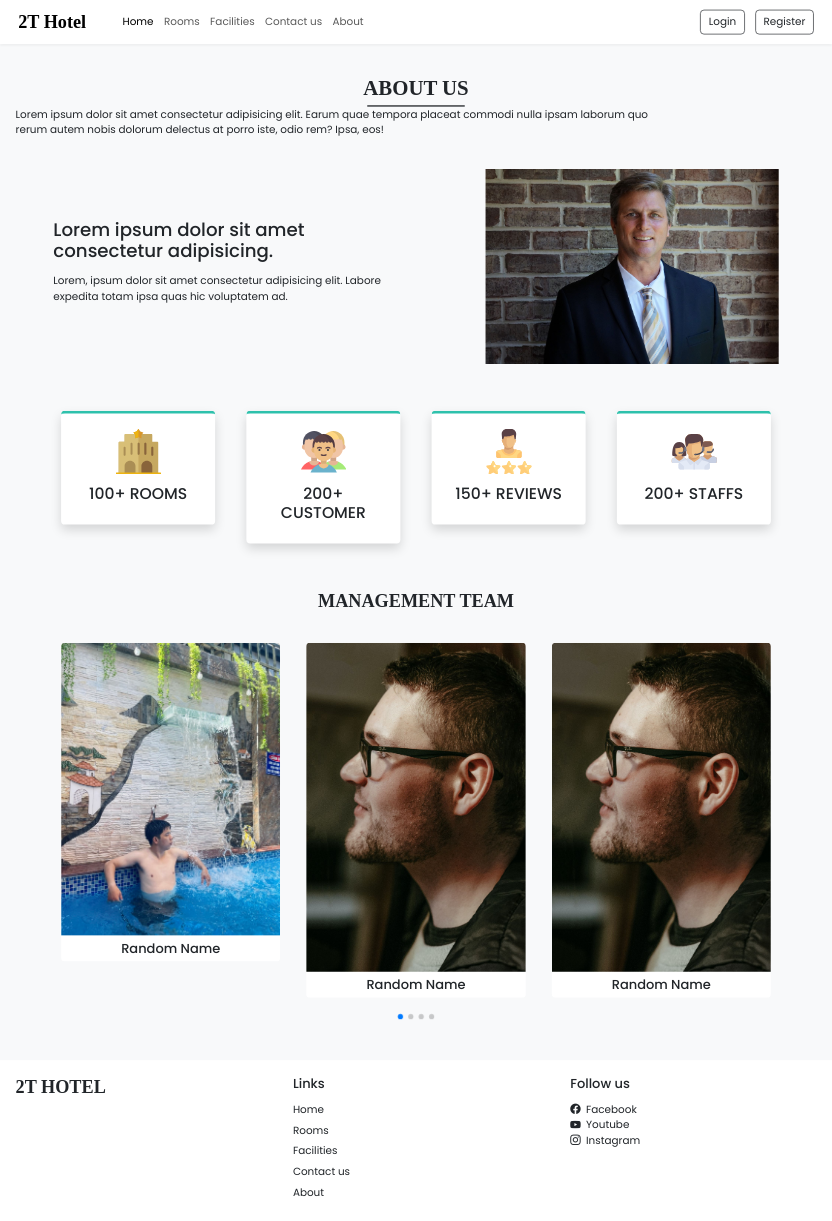
Repository: TaTongThanh2003/DoAnCoSo2024_BookingHotelWebsite
Page: http://localhost/WebsiteBookingHotel/about.php
The author's editor kept a copy of each file at every save. The page is drawn from the files as they stood at one save, then again after the next save.
The browser window is 1280 px wide. The pictures show the whole page, at 65% of full size.
Some web fonts or font styles are not loaded; a fallback is used. The page is run by PHP 8.4 with error messages shown; the project is at /var/www/html/.

Above is the page before, as saved 2024-03-22 15:17:14.

After the next save:
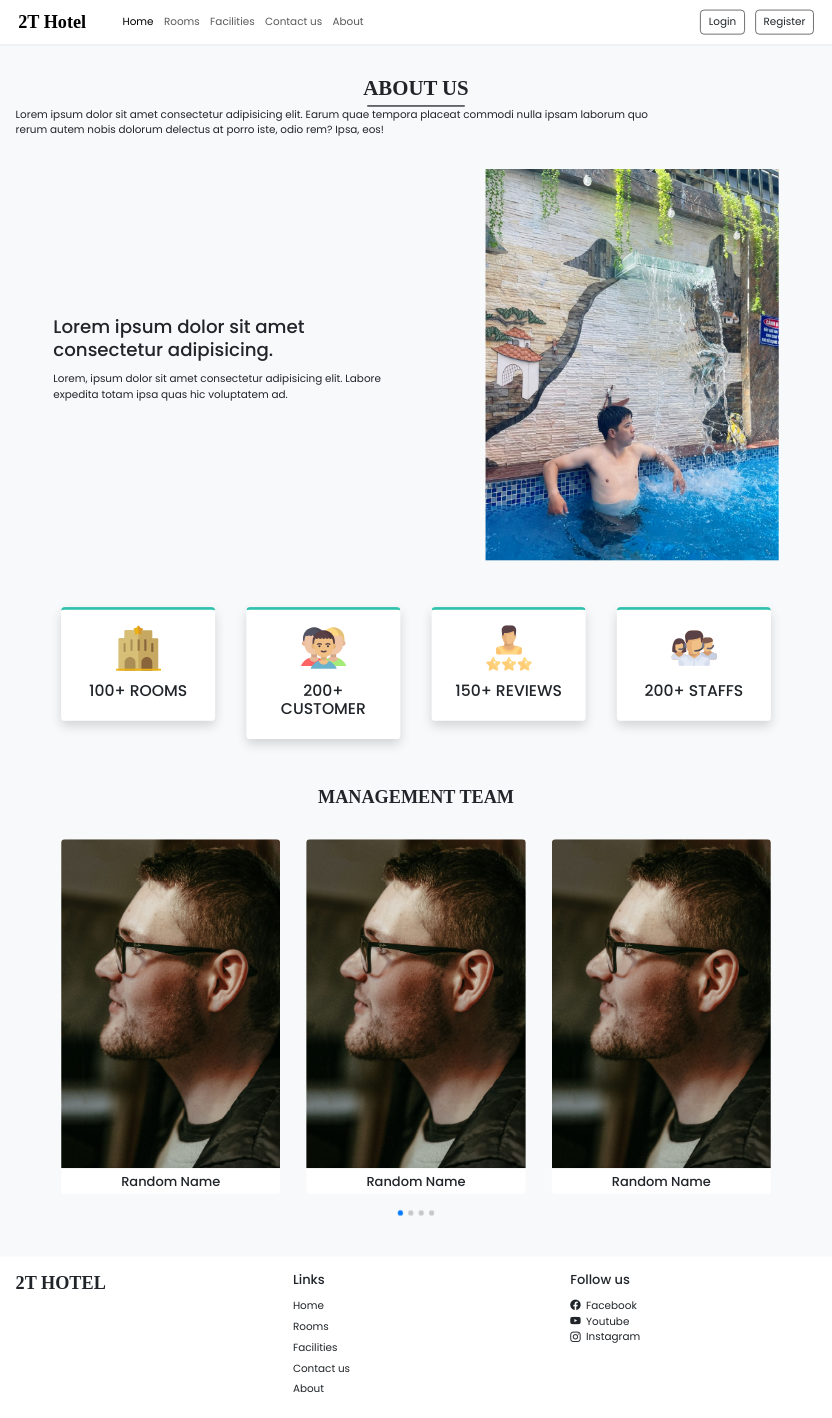
Saved 44 s later.
--- a/WebsiteBookingHotel/about.php
+++ b/WebsiteBookingHotel/about.php
@@ -46,7 +46,7 @@
                     voluptatem ad.</p>
             </div>
             <div class="col-lg-5 col-md-5 mb-4 order-lg-2 order-md-2 order-1">
-                <img src="images/about/about.jpg" class="w-100">
+                <img src="images/about/images1.jpg" class="w-100">
             </div>
         </div>
     </div>
@@ -81,7 +81,7 @@
                 <div class="swiper mySwiper">
                     <div class="swiper-wrapper mb-5">
                         <div class="swiper-slide bg-white text-center overflow-hidden rounded ">
-                            <img src="images/about/images1.jpg" class="w-100">
+                            <img src="images/about/IMG_17352.jpg" class="w-100">
                             <h5 class="mt-2">Random Name</h5>
                         </div>
                         <div class="swiper-slide bg-white text-center overflow-hidden rounded ">
